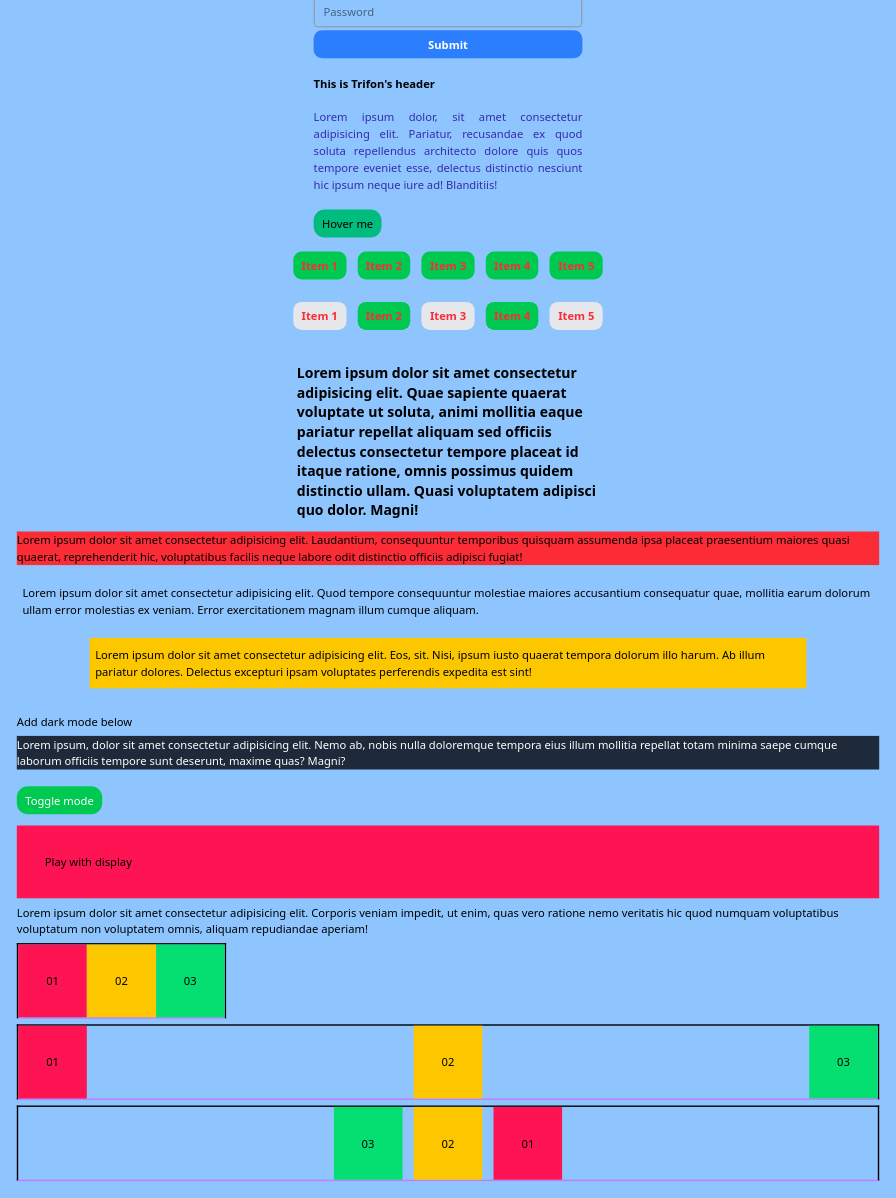
Repository: DinTri/TailwindCss
Page: index.html
The author's editor kept a copy of each file at every save. The page is drawn from the files as they stood at one save, then again after the next save.
The browser window is 1280 px wide. The pictures show the part of the page from y = 2725 to 4645 px (the page is 4437 px tall before and 4645 px after), at 70% of full size.
Some web fonts or font styles are not loaded; a fallback is used.

Above is the page before, as saved 2025-06-16 10:36:54.

After the next save:
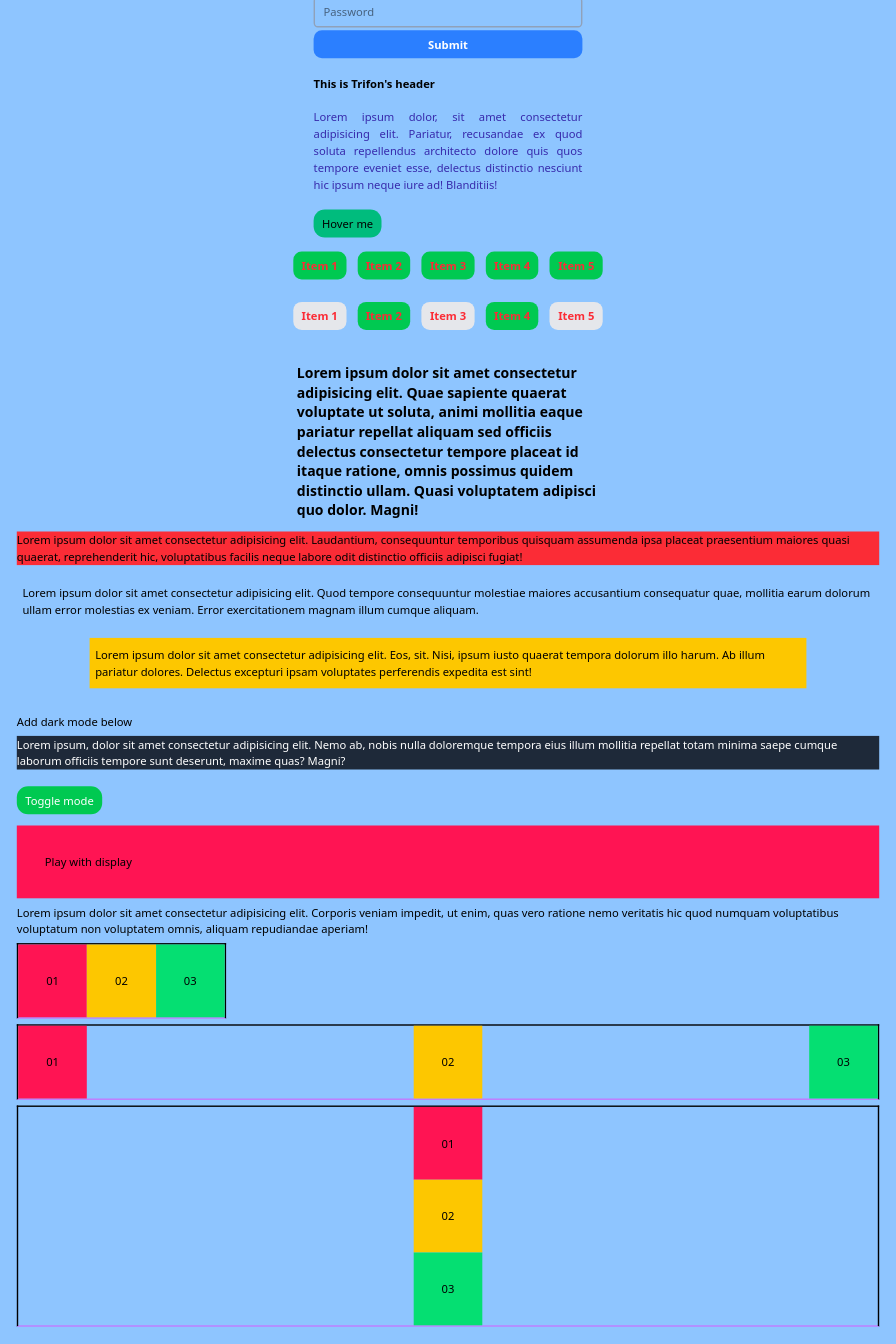
Saved 67 s later.
--- a/index.html
+++ b/index.html
@@ -167,10 +167,11 @@
     <div class="p-10 bg-green-400">03</div>
   </div>
   <div class="flex flex-row-reverse flex-nowrap justify-center items-center gap-4  border-2 border-b-purple-400">
+    <div class="order-first md:order-last">
     <div class="p-10 bg-[#ff1453]">01</div>
     <div class="p-10 bg-yellow-400">02</div>
     <div class="p-10 bg-green-400">03</div>
-  </div>
+  </div></div>
   <div class="fixed top-0 left-0 right-0 p-6 mb-6 bg-blue-500">Fixed element</div>
 
 </div>

After the 2 saves that followed:
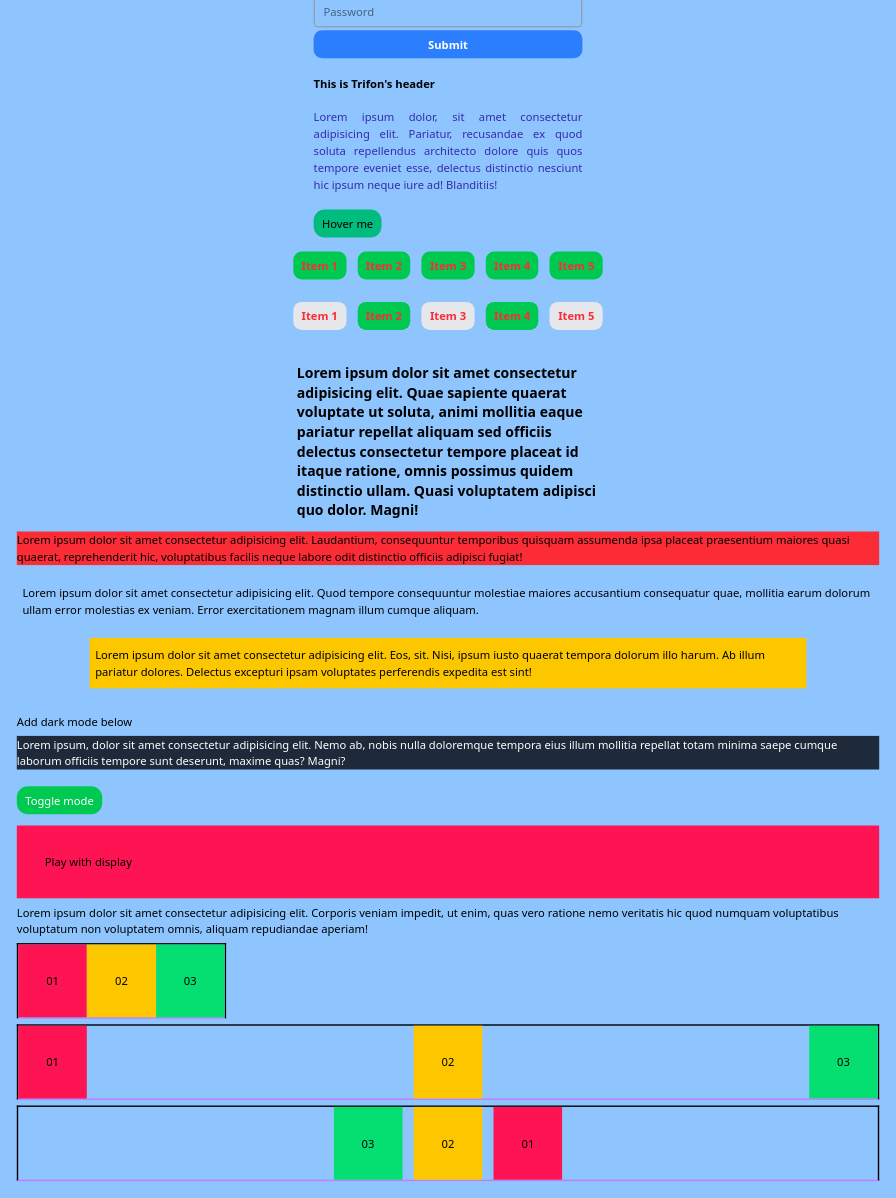
The 2 saves are shown as one change because 1 left the picture as it was.
The last was saved 67 s later.
--- a/index.html
+++ b/index.html
@@ -166,12 +166,11 @@
     <div class="p-10 bg-yellow-400">02</div>
     <div class="p-10 bg-green-400">03</div>
   </div>
-  <div class="flex flex-row-reverse flex-nowrap justify-center items-center gap-4  border-2 border-b-purple-400">
-    <div class="order-first md:order-last">
+  <div class="flex flex-row-reverse flex-nowrap justify-center items-center  md:order-last gap-4  border-2 border-b-purple-400">
     <div class="p-10 bg-[#ff1453]">01</div>
     <div class="p-10 bg-yellow-400">02</div>
     <div class="p-10 bg-green-400">03</div>
-  </div></div>
+</div>
   <div class="fixed top-0 left-0 right-0 p-6 mb-6 bg-blue-500">Fixed element</div>
 
 </div>
